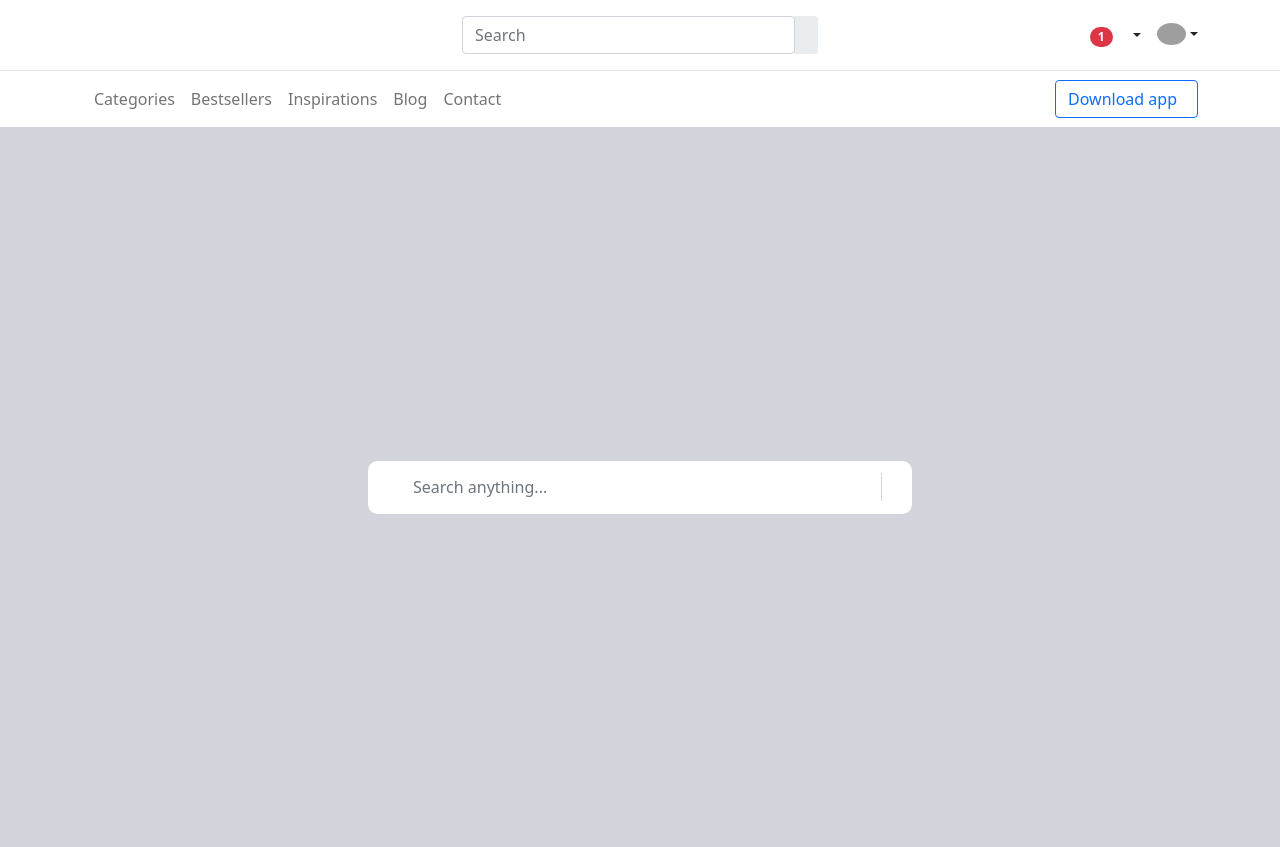
Repository: AlisaSkryp/photoblog
Page: index.html
An editor plug-in stored every save of this project. The page is shown before and after the next save, followed by the edit.
The browser window is 1280 px wide. The pictures show the whole page.
Pictures or frames that could not be fetched are drawn as grey boxes.

Above is the page before, as saved 2023-04-09 18:39:51.

After the next save:
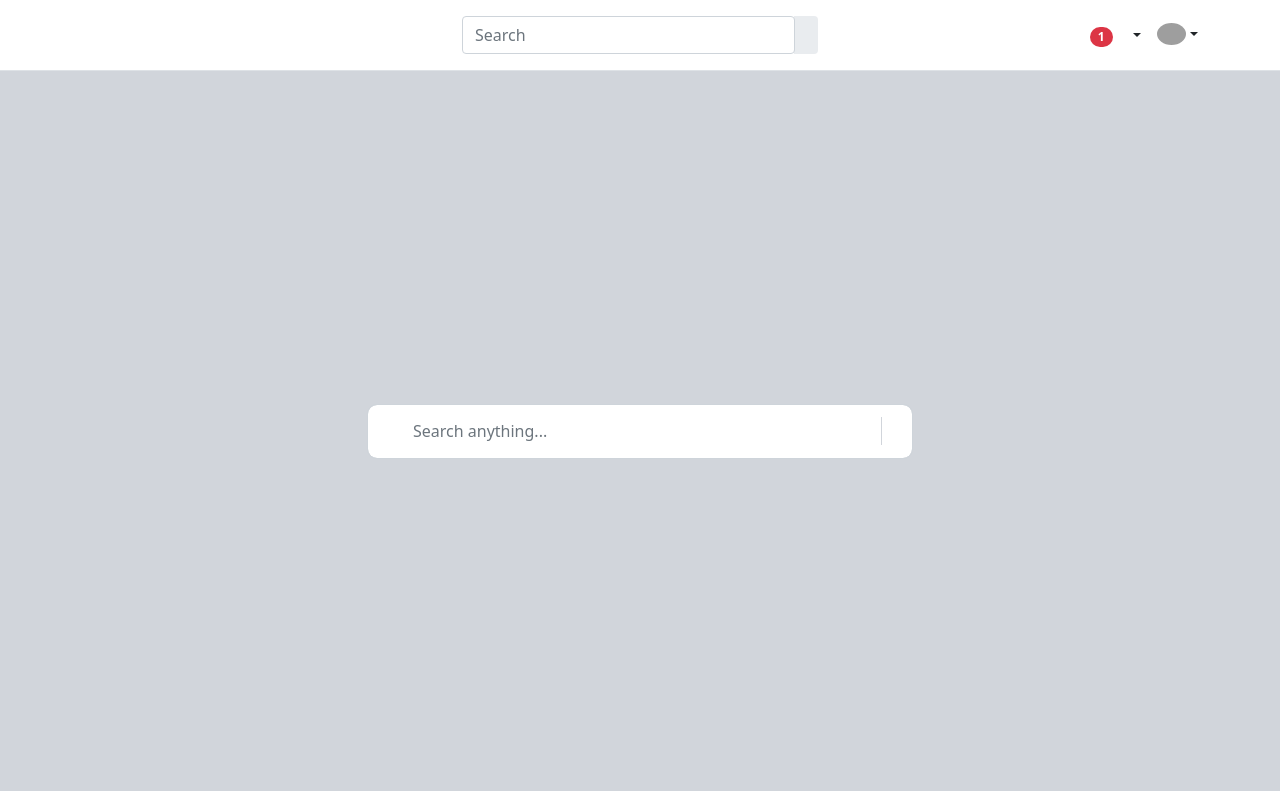
Saved 19 s later.
--- a/index.html
+++ b/index.html
@@ -105,39 +105,7 @@
   <!-- Jumbotron -->
 
   <!-- Navbar -->
-  <nav class="navbar navbar-expand-lg navbar-light bg-white">
-    <!-- Container wrapper -->
-    <div class="container justify-content-center justify-content-md-between">
-      <!-- Left links -->
-      <ul class="navbar-nav flex-row">
-        <li class="nav-item me-2 me-lg-0">
-          <a class="nav-link" role="button" data-mdb-toggle="sidenav" data-mdb-target="#sidenav-1"
-            class="btn shadow-0 p-0 me-3" aria-controls="#sidenav-1" aria-haspopup="true">
-            <i class="fas fa-bars me-1"></i>
-            <span>Categories</span>
-          </a>
-        </li>
-        <li class="nav-item me-2 me-lg-0 d-none d-md-inline-block">
-          <a class="nav-link" href="#">Bestsellers</a>
-        </li>
-        <li class="nav-item me-2 me-lg-0 d-none d-md-inline-block">
-          <a class="nav-link" href="#">Inspirations</a>
-        </li>
-        <li class="nav-item me-2 me-lg-0 d-none d-md-inline-block">
-          <a class="nav-link" href="#">Blog</a>
-        </li>
-        <li class="nav-item me-2 me-lg-0 d-none d-md-inline-block">
-          <a class="nav-link" href="#">Contact</a>
-        </li>
-      </ul>
-      <!-- Left links -->
 
-      <button class="btn btn-outline-primary" data-mdb-ripple-color="dark" type="button">
-        Download app<i class="fas fa-download ms-2"></i>
-      </button>
-    </div>
-    <!-- Container wrapper -->
-  </nav>
   <!-- Navbar -->
 
 
